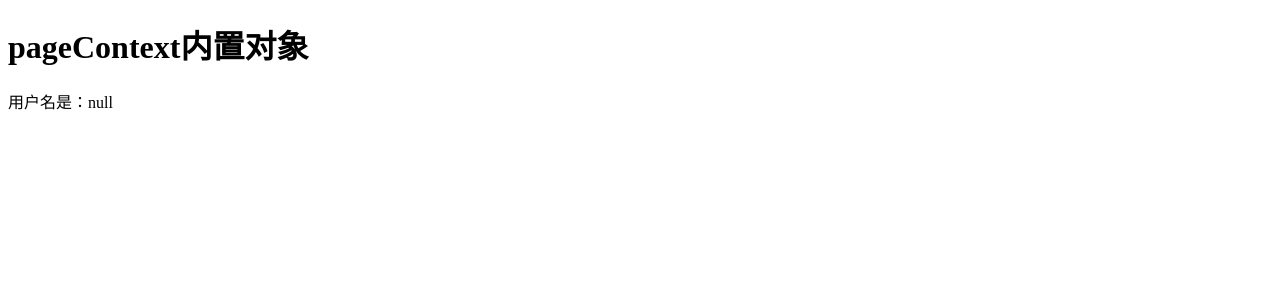
Repository: chengshide/Servlet
Page: http://localhost/JspBaseElementDemo/pageContext.jsp
The author's editor kept a copy of each file at every save. The page is drawn from the files as they stood at one save, then again after the next save.
The browser window is 1280 px wide. The pictures show the whole page.
The page is served by Tomcat 9.

Above is the page before, as saved 2020-05-13 19:47:52.

After the next save:
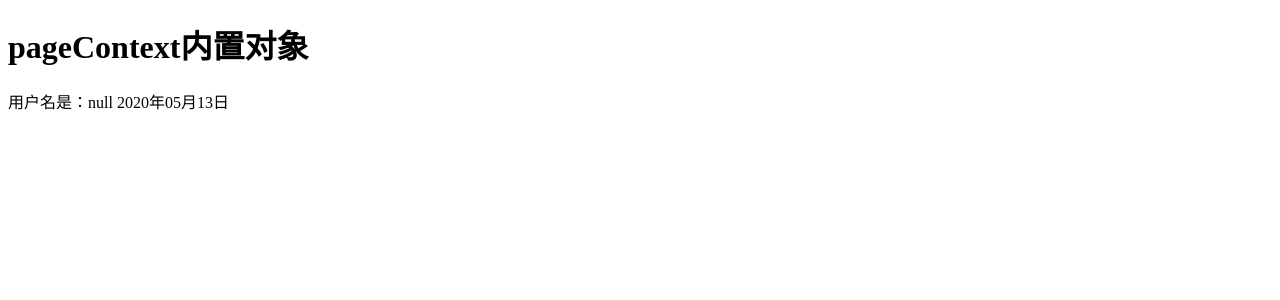
Saved 67 s later.
--- a/eclipseworlk/JspBaseElementDemo/WebContent/pageContext.jsp
+++ b/eclipseworlk/JspBaseElementDemo/WebContent/pageContext.jsp
@@ -9,6 +9,10 @@
 <body>
    <h1>pageContext内置对象</h1>
        用户名是：<%=pageContext.getSession().getAttribute("username") %>
-
+   <%
+     //跳转到注册页面
+     //pageContext.forward("reg.jsp");
+     pageContext.include("include.jsp");
+   %>
 </body>
 </html>
